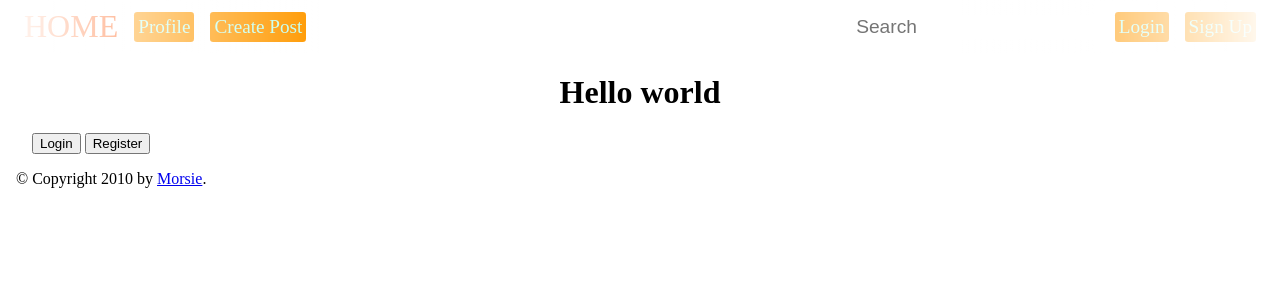
Repository: MorsChen/python-blog
Page: templates/home.html
The author's editor kept a copy of each file at every save. The page is drawn from the files as they stood at one save, then again after the next save.
The browser window is 1280 px wide. The pictures show the whole page.
The page is served by the project's application, run on Flask 3 (default.py). The template is opened directly, without the code that normally fills it, so the values that code supplies are empty.

Above is the page before, as saved 2019-09-09 17:20:22.

After the next save:
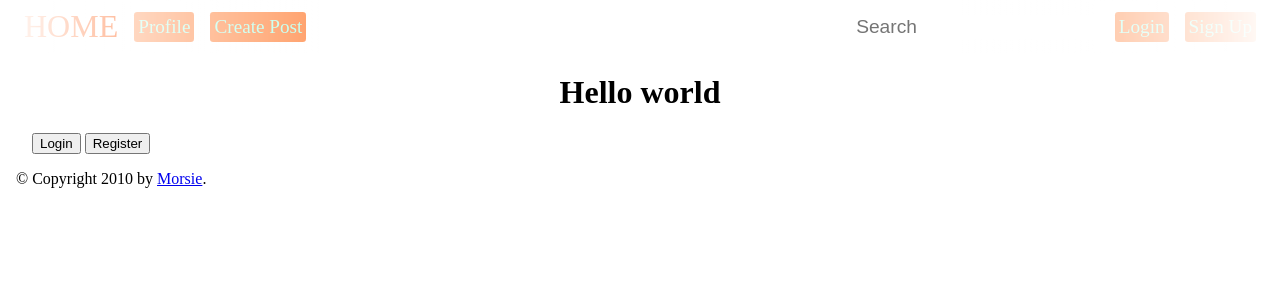
Saved 14 s later.
--- a/static/style.css
+++ b/static/style.css
@@ -60,7 +60,7 @@ body{
     border: none;
     text-decoration: none;
     border-radius: 0.2rem;
-    background-color: rgb(255, 153, 0);
+    background-color: rgb(255, 160, 106);
     text-align: center;
     text-justify: center;
     padding: 0.25rem;
